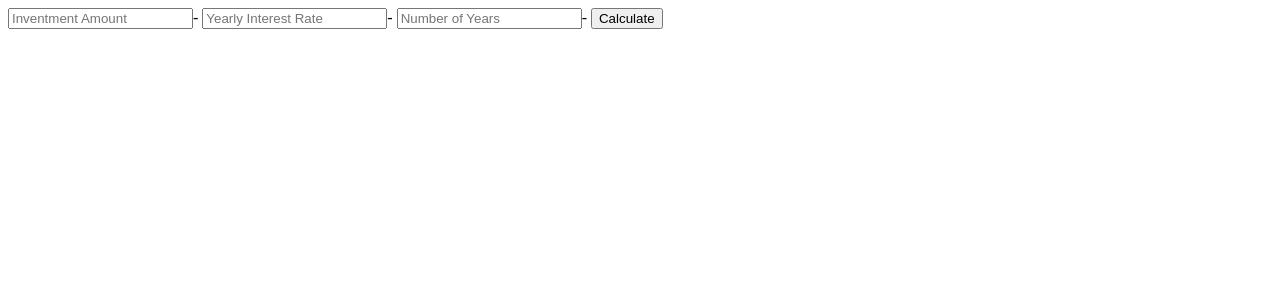
Repository: NGUYEN112/Module2
Page: http://localhost/
The author's editor kept a copy of each file at every save. The page is drawn from the files as they stood at one save, then again after the next save.
The browser window is 1280 px wide. The pictures show the whole page.
The page is run by PHP 8.4 with error messages shown; the project is at /var/www/html/.

Above is the page before, as saved 2021-01-15 16:39:01.

### bai6-cal1/index.php
<!DOCTYPE html>
<html lang="en">
<head>
    <meta charset="UTF-8">
    <meta name="viewport" content="width=device-width, initial-scale=1.0">
    <title>Document</title>
</head>
<body>
    <form method="post">
    <input type="number" name="amou" placeholder="Inventment Amount">-
    <input type="number" name="rate" placeholder="Yearly Interest Rate">-
    <input type="number" name="year" placeholder="Number of Years">-
    <input type="submit" value="Calculate">
    </form>
    <?php
        if ($_SERVER["REQUEST_METHOD"] == "POST") {
            $Amount = $_POST["amou"];
            $Rate = $_POST["rate"];
            $Year = $_POST["year"];
            $result = $Amount + ($Amount*$Rate/100);
            for($i = 1; $i<= $Year;$i++){
                if($i = 1){
                    return;
                }else {
                    $result = $result + ($result * $Rate / 100);
                }
                return;
            }echo $result;
        }
    ?>
</body>
</html>

After the next save:
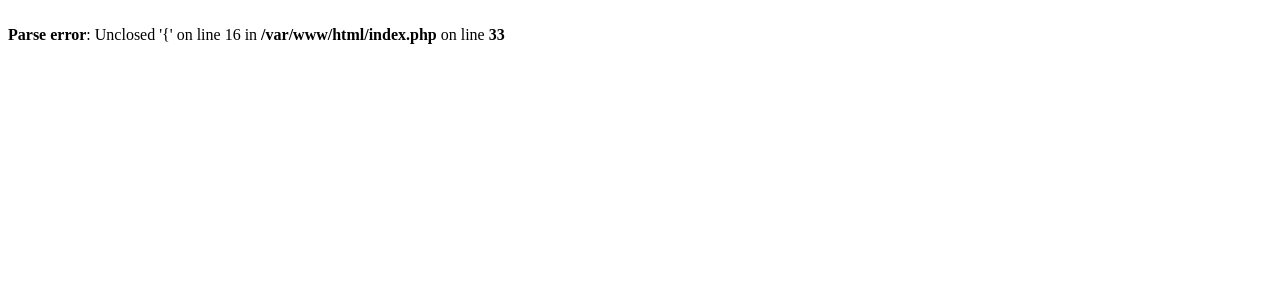
Saved 27 s later.
--- a/bai6-cal1/index.php
+++ b/bai6-cal1/index.php
@@ -18,15 +18,16 @@
             $Rate = $_POST["rate"];
             $Year = $_POST["year"];
             $result = $Amount + ($Amount*$Rate/100);
-            for($i = 1; $i<= $Year;$i++){
-                if($i = 1){
-                    return;
-                }else {
-                    $result = $result + ($result * $Rate / 100);
-                }
-                return;
-            }echo $result;
-        }
+            echo $result;
+        //     for($i = 1; $i<= $Year;$i++){
+        //         if($i = 1){
+        //             return;
+        //         }else {
+        //             $result = $result + ($result * $Rate / 100);
+        //         }
+        //         return;
+        //     }echo $result;
+        // }
     ?>
 </body>
 </html>

After the save that followed:
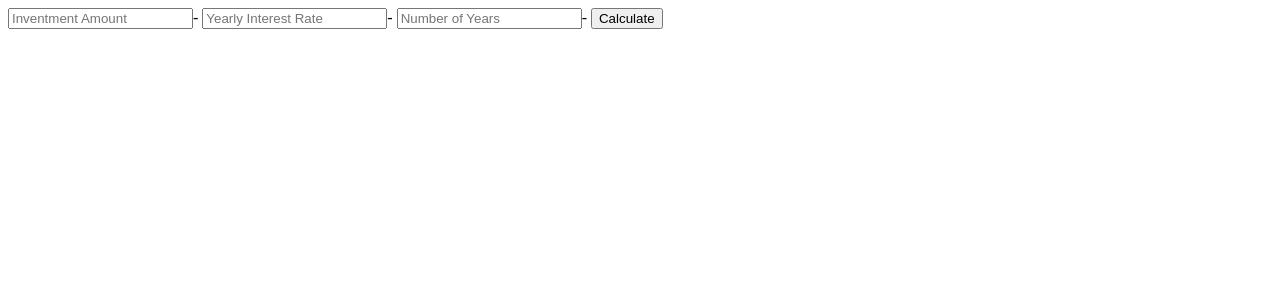
Saved 10 s later.
--- a/bai6-cal1/index.php
+++ b/bai6-cal1/index.php
@@ -27,7 +27,7 @@
         //         }
         //         return;
         //     }echo $result;
-        // }
+        }
     ?>
 </body>
 </html>
